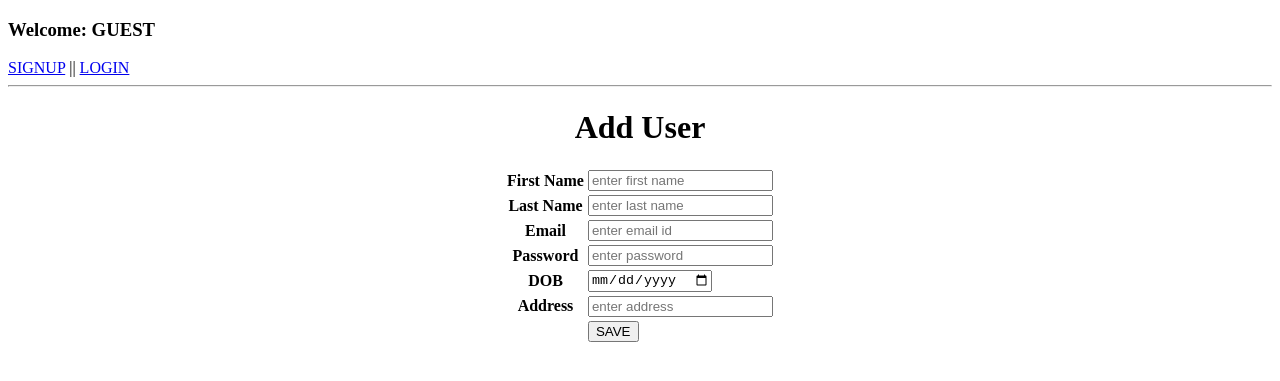
Repository: shadkhan8815/Advance-java
Page: http://localhost/Web-Project/UserView.jsp
These files come from the project's save history. The page is drawn as it stood at one moment and after the next save; the edit follows.
The browser window is 1280 px wide. The pictures show the whole page.
The page is served by Tomcat 9. Other server files are loaded and not shown.

Above is the page before, as saved 2025-04-25 14:46:07.

### Web-Project/WebContent/UserView.jsp
<%@ page language="java" contentType="text/html; charset=ISO-8859-1"
	pageEncoding="ISO-8859-1"%>
<!DOCTYPE html>
<html>
<head>
<meta charset="ISO-8859-1">
<title>Insert title here</title>
</head>
<body>

	<%@ include file="Header.jsp"%>
	<h1 align="center">Add User</h1>

	<%
		String msg = (String) request.getAttribute("msg");
	%>

	<%
		if (msg != null) {
	%>
	<h3 align="center"><%=msg%></h3>
	<%
		}
	%>

	<form action="UserCtl" method="post">
		<center>
			<table>
				<tr>
					<th>First Name</th>
					<td><input type="text" name="firstName"
						placeholder="enter first name"></td>
				</tr>

				<tr>
					<th>Last Name</th>
					<td><input type="text" name="lastName"
						placeholder="enter last name"></td>
				</tr>

				<tr>
					<th>Email</th>
					<td><input type="email" name="loginId"
						placeholder="enter email id"></td>
				</tr>

				<tr>
					<th>Password</th>
					<td><input type="password" name="password"
						placeholder="enter password"></td>
				</tr>

				<tr>
					<th>DOB</th>
					<td><input type="date" name="dob"></td>
				</tr>

				<tr>
					<th>Address</th>
					<td><input type="address" name="address"
						placeholder="enter address"></td>
				</tr>

				<tr>
					<th></th>
					<td><input type="submit" value="SAVE" name="operation"></td>
				</tr>
			</table>
		</center>

	</form>

</body>
</html>

### Web-Project/WebContent/Header.jsp
<%@page import="com.rays.bean.UserBean"%>
<%@ page language="java" contentType="text/html; charset=ISO-8859-1"
	pageEncoding="ISO-8859-1"%>
<!DOCTYPE html>
<html>
<head>
<meta charset="ISO-8859-1">
<title>Insert title here</title>
</head>
<body>
	<%
		UserBean user = (UserBean) session.getAttribute("user");
	%>
	<%
		if (user != null) {
	%>
	<h3><%="Welcome:  " + user.getFirstName() + " " + user.getLastName()%></h3>
	<a href="#"> ADD USER</a> ||
	<a href="#"> USER LIST</a> ||
	<a href="LoginCtl?operation=LOGOUT">LOGOUT</a>
	<%
		} else {
	%>
	<h3>Welcome: GUEST</h3>
	<a href="UserRegistrationCtl">SIGNUP</a> ||
	<a href="LoginCtl">LOGIN</a>
	<%
		}
	%>
	<hr>
</body>
</html>

After the next save:
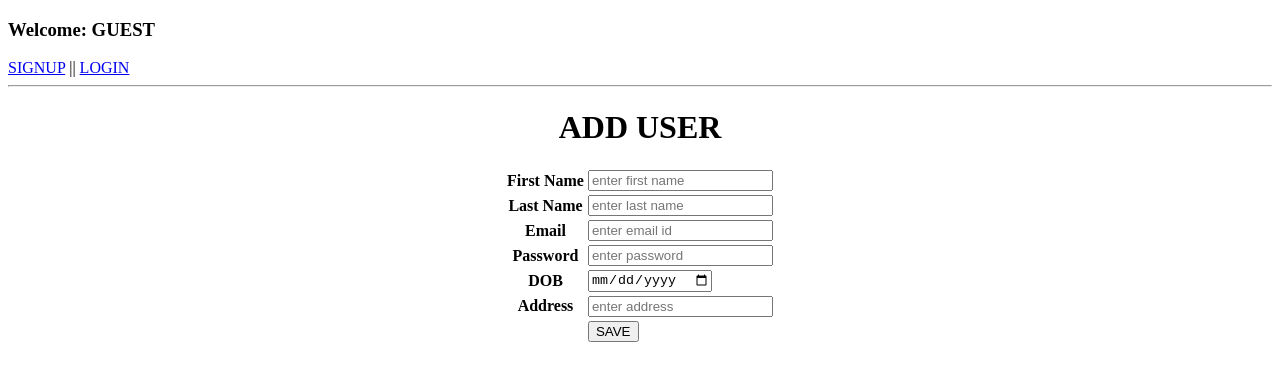
Saved 98 s later.
--- a/Web-Project/WebContent/UserView.jsp
+++ b/Web-Project/WebContent/UserView.jsp
@@ -9,7 +9,7 @@
 <body>
 
 	<%@ include file="Header.jsp"%>
-	<h1 align="center">Add User</h1>
+	<h1 align="center">ADD USER</h1>
 
 	<%
 		String msg = (String) request.getAttribute("msg");
